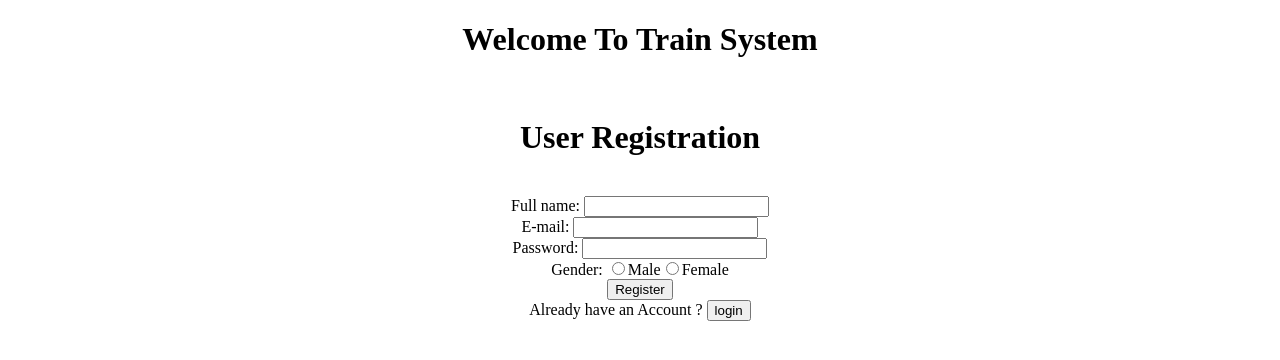
Repository: OrusuRatnamala/JAVA
Page: http://localhost/TrainWeb/
The author's editor kept a copy of each file at every save. The page is drawn from the files as they stood at one save, then again after the next save.
The browser window is 1280 px wide. The pictures show the whole page.
The page is served by Tomcat 9.

Above is the page before, as saved 2023-10-11 19:01:14.

After the next save:
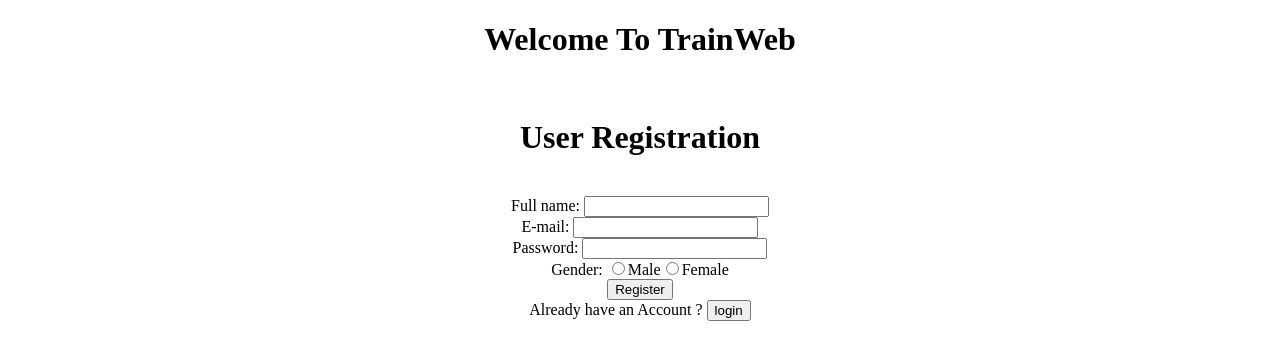
Saved 13 min 33 s later.
--- a/springdao/TrainWeb/src/main/webapp/index.jsp
+++ b/springdao/TrainWeb/src/main/webapp/index.jsp
@@ -8,7 +8,7 @@
 </head>
 <body align="center">
 	<form action="register" method="post">
-		<h1>Welcome To Train System</h1>
+		<h1>Welcome To TrainWeb</h1>
 		</br>
 		<h1>User Registration</h1>
 		</br> Full name: <input type="text" name="name" /></br> E-mail: <input
